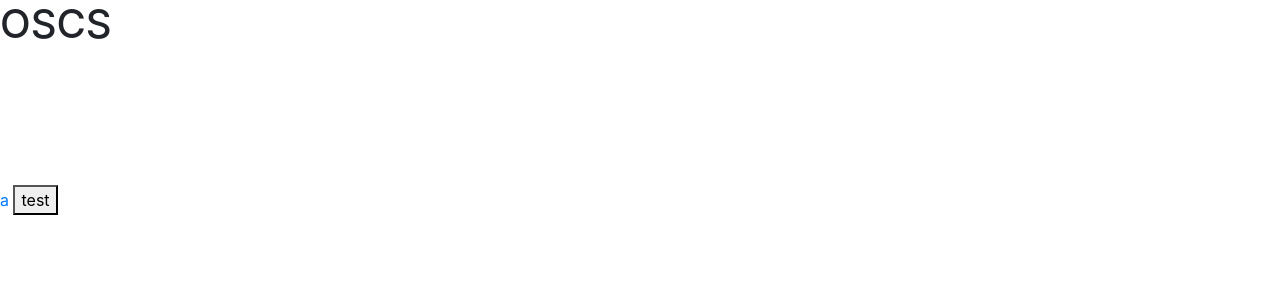
Repository: PaulDuanGitHub/oscs-web
Page: index.html
The author's editor kept a copy of each file at every save. The page is drawn from the files as they stood at one save, then again after the next save.
The browser window is 1280 px wide. The pictures show the whole page.

Above is the page before, as saved 2022-11-03 22:25:44.

### index.html
<!DOCTYPE html>
<html>
<head>
	<meta charset="utf-8">
	<meta name="viewport" content="width=device-width, initial-scale=1">
	<title>OSCS</title>
    <link rel="stylesheet" href="https://cdn.jsdelivr.net/npm/bootstrap@4.6.1/dist/css/bootstrap.min.css">
    <link rel="stylesheet" href="style.css">
    <script src="https://cdn.jsdelivr.net/npm/pdfjs-dist@3.0.279/build/pdf.js"></script>
    <script src="app.js"></script>
    <!-- <link rel='shortcut icon' href="./img/icon.ico"> -->
</head>
<body>
    <h1>OSCS</h1>
    <a href="https://github.com/err53/oscs/releases/download/latest/2c03-midterm.pdf" target="_blank">a</a>
    <button onclick="viewPDF()">test</button>
    <canvas id="the-canvas"></canvas>
    <embed src="" type="">
</body>
</html>

### app.js
function viewPDF() {
    var url = '2GA3_Midterm_Cheat_Sheet.pdf';

    // Loaded via <script> tag, create shortcut to access PDF.js exports.
    var pdfjsLib = window['pdfjs-dist/build/pdf'];
    console.log(window);

    // The workerSrc property shall be specified.
    pdfjsLib.GlobalWorkerOptions.workerSrc = '//cdn.jsdelivr.net/npm/pdfjs-dist@3.0.279/build/pdf.worker.js';

    // Asynchronous download of PDF
    var loadingTask = pdfjsLib.getDocument(url);
    loadingTask.promise.then(function(pdf) {
      console.log('PDF loaded');

      // Fetch the first page
      var pageNumber = 1;
      pdf.getPage(pageNumber).then(function(page) {
        console.log('Page loaded');

        var scale = 1.5;
        var viewport = page.getViewport({scale: scale});

        // Prepare canvas using PDF page dimensions
        var canvas = document.getElementById('the-canvas');
        var context = canvas.getContext('2d');
        canvas.height = viewport.height;
        canvas.width = viewport.width;

        // Render PDF page into canvas context
        var renderContext = {
          canvasContext: context,
          viewport: viewport
        };
        var renderTask = page.render(renderContext);
        renderTask.promise.then(function () {
          console.log('Page rendered');
        });
      });
    }, function (reason) {
      // PDF loading error
      console.error(reason);
    });
}

Loaded but not shown: style.css (no stored copy; drawn as an empty file)

After the next save:
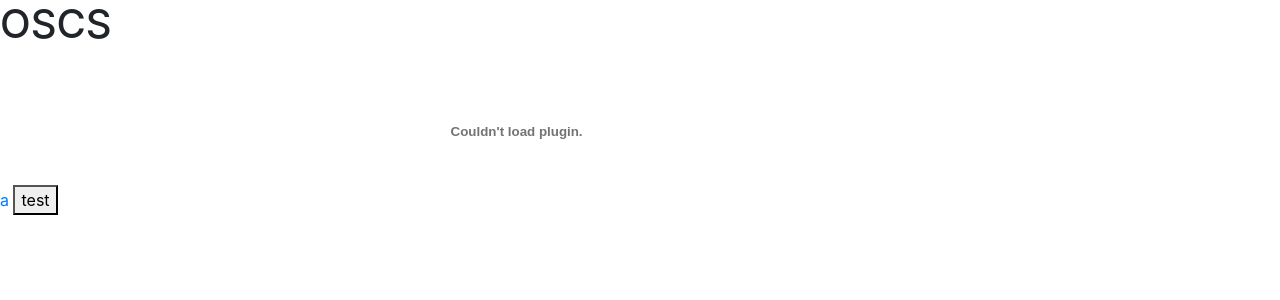
Saved 23 s later.
--- a/index.html
+++ b/index.html
@@ -15,6 +15,6 @@
     <a href="https://github.com/err53/oscs/releases/download/latest/2c03-midterm.pdf" target="_blank">a</a>
     <button onclick="viewPDF()">test</button>
     <canvas id="the-canvas"></canvas>
-    <embed src="" type="">
+    <embed src="2GA3_Midterm_Cheat_Sheet.pdf"></embed>
 </body>
 </html>
